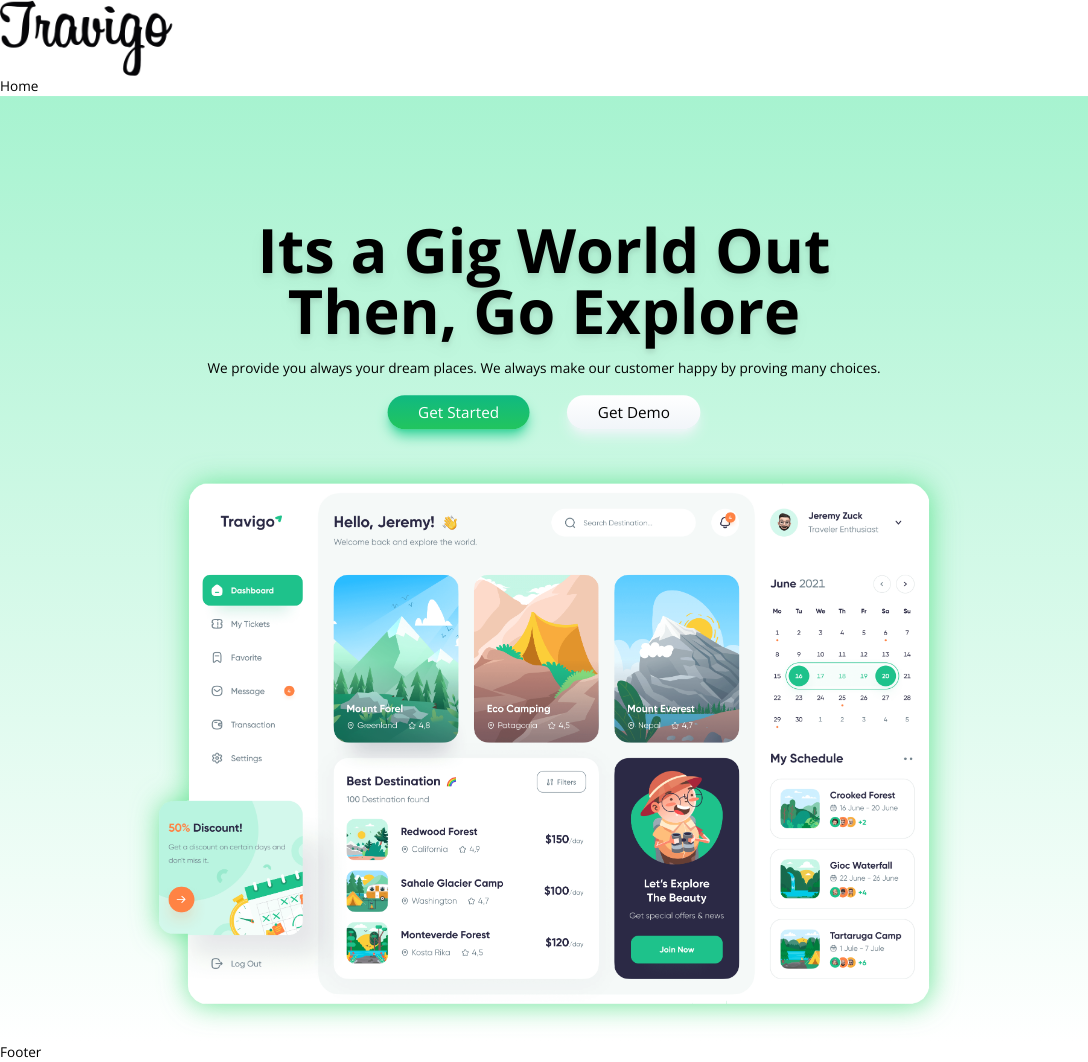
Repository: ThiAlbani83/travigo-travel-app
Page: /
An editor plug-in stored every save of this project. The page is shown before and after the next save, followed by the edit.
The browser window is 1280 px wide. The pictures show the whole page, at 85% of full size.
The project was rebuilt for these pictures with package versions that can differ from the ones it lists, and the page was loaded fresh each time. Also part of the build but not shown: vite.config.js.

Above is the page before, as saved 2023-03-20 23:20:49.

### src/main.jsx
import React from 'react'
import ReactDOM from 'react-dom/client'
import App from './App'
import './index.css'
import { BrowserRouter } from 'react-router-dom'

ReactDOM.createRoot(document.getElementById('root')).render(
  <React.StrictMode>
    <BrowserRouter>
      <App />
    </BrowserRouter>

  </React.StrictMode>,
)

### src/App.jsx
import React from 'react'
import { Navbar, Hero, Footer } from './components'
import { hero } from './data/travigodata'

const App = () => {
  return (
    <>
      <Navbar />
      <Hero hero={hero}/>
      <Footer />
    </>
  )
}

export default App

### src/index.css
@import url('https://fonts.googleapis.com/css2?family=Open+Sans:wght@300;400;500;600;700;800&display=swap');

@tailwind base;
@tailwind components;
@tailwind utilities;

@layer base {
    *{
        margin: 0;
        padding: 0;
        font-family: 'Open Sans', sans-serif;
    }


    .travigo-container {
        @apply w-[85vw] xl:w-[95vw] m-auto
    }


    .button-emerald {
        @apply bg-gradient-to-b from-emerald-500 to-green-500 shadow-lg shadow-emerald-400 rounded-full
        text-lg sm:text-sm px-9 py-1.5 transition-all duration-200 active:scale-90 text-white sm:w-48
    }

    .button-light {
        @apply bg-gradient-to-b from-white to-slate-100 shadow-lg shadow-slate-100 rounded-full
        text-lg sm:text-sm px-9 py-1.5 transition-all duration-200 active:scale-90 text-black sm:w-48
    }

    .drop-shadow-emerald{
        filter: drop-shadow(0.1rem 0.1rem 1rem rgba(74 222 128 / 80%));
    }

}

### src/components/index.js
export { default as Navbar } from "./Navbar.jsx";
export { default as Hero } from "./Hero.jsx";
export { default as Footer } from "./Footer.jsx";

### src/data/travigodata.js
import dashboard from "../images/dashboard.png";
import memoryimg from "../images/memory.png";

import brand1 from "../images/brand1.png";
import brand2 from "../images/brand2.png";
import brand3 from "../images/brand3.png";
import brand4 from "../images/brand4.png";
import brand5 from "../images/brand5.png";

import place1 from "../images/img1.webp";
import place2 from "../images/img2.webp";
import place3 from "../images/img3.webp";
import place4 from "../images/img4.webp";
import place5 from "../images/img5.jpg";
import place6 from "../images/img6.webp";
import place7 from "../images/img7.webp";
import place8 from "../images/img8.webp";
import place9 from "../images/img9.webp";
import place10 from "../images/img10.webp";

import standardicon from "../images/standardicon.png";
import preminumicon from "../images/preminum.png";
import checkbox from "../images/checkbox.svg";
import uncheckbox from "../images/uncheckbox.svg";

import facebook from '../images/facebook.svg';
import instagram from '../images/instagram.svg';
import twitter from '../images/twitter.svg';
import youtube from '../images/youtube.svg';

import banner from '../images/banner.webp';

export const brands = [
  { iconSrc: brand1 },
  { iconSrc: brand2 },
  { iconSrc: brand3 },
  { iconSrc: brand4 },
  { iconSrc: brand5 },
];

export const navlinks = [
  { link: "Home", id: "home" },
  { link: "About", id: "about" },
  { link: "Explore", id: "explore" },
  { link: "Pricing", id: "pricing" },
  { link: "Contact", id: "contact" },
];

export const hero = {
  "title": "Its a Gig World Out",
  "subtitle": "Then, Go Explore",
  "text": "We provide you always your dream places. We always make our customer happy by proving many choices.",
  "btn1": "Get Started",
  "btn2": "Get Demo",
  "img": dashboard,
};

export const memory = {
  "title": "Sweet Memories",
  "subtitle": "Come To Life Again",
  "text": "What we have always taken care for 10 years is always prioritizing the comfort of our users. So, do not our quality.",
  "img": memoryimg,
  "experience": [
    { "number": "10", "title": "Year Experience" },
    { "number": "400", "title": "Year Collaboration" },
    { "number": "30k+", "title": "Happy Customer" },
  ],
};

export const placesAPI = [
  { "placeImg": place1, "location": "Lahore", "distance": "3.0 hour dirve" },
  { "placeImg": place2, "location": "Faisalabad", "distance": "2.5 hour dirve" },
  { "placeImg": place3, "location": "Multan", "distance": "4.7 hour drive" },
  { "placeImg": place4, "location": "Rawalpindi", "distance": "4 hour drive" },
  { "placeImg": place5, "location": "Islamabad", "distance": "4.9 hour drive" },
  { "placeImg": place6, "location": "Muree", "distance": "4.5 hour drive" },
  { "placeImg": place7, "location": "Nathia Gali", "distance": "5.5 hour drive" },
  { "placeImg": place8, "location": "Ayubia Gali", "distance": "5.1 hour drive" },
  { "placeImg": place9, "location": "Bhurban", "distance": "5.1 hour drive" },
  { "placeImg": place10, "location": "Gilgit", "distance": "5.1 hour drive" },
];

export const pricingapi = {
  "title": "Choose The Plan That Suits You",
  "text": "Many attractive offers by becomming a premium member",
  "btn1": "Monthly",
  "btn2": "Yearly",
  "plans": [
    {
      "planicon": standardicon,
      "title": "Standard Membership",
      "text": "Suitable for all users",
      "plantype": "Free / Year",
      "plancontent": [
        { "iconbox": checkbox, "text": "Find Popular Destination" },
        { "iconbox": checkbox, "text": "Priority Booking Schedule" },
        { "iconbox": checkbox, "text": "Daily Destination News" },
        { "iconbox": uncheckbox, "text": "Invite Friends Feature" },
        { "iconbox": uncheckbox, "text": "Limited Travel Stats" },
        { "iconbox": uncheckbox, "text": "Invite Friends Feature" },
        { "iconbox": uncheckbox, "text": "No Ads & Tax" },
      ],
      "buttonText": "Get Free",
    },
    {
      "planicon": preminumicon,
      "title": "Preminum Membership",
      "text": "Suitable for enthusiast travelers",
      "plantype": "$60 / Year",
      "plancontent": [
        { "iconbox": checkbox, "text": "Find Popular Destination" },
        { "iconbox": checkbox, "text": "Priority Booking Schedule" },
        { "iconbox": checkbox, "text": "Daily Destination News" },
        { "iconbox": checkbox, "text": "Invite Friends Feature" },
        { "iconbox": checkbox, "text": "Advanced Travel Stats" },
        { "iconbox": checkbox, "text": "Invite Friends Feature" },
        { "iconbox": checkbox, "text": "No Ads & Tax" },
      ],
      "buttonText": "Get Started",
    },
  ],
};

export const bannerAPI = {
  "title": "The Greet Outdoors",
  "text": "Whislist Curated By Travigo.",
  "imgSrc": banner,
  "btnText": "Explore More"
}

export const footerAPI = {
  "titles": [ {"title": "About"},{"title": "Company"},{"title": "Support"} ],
  "links": [
    [
      {"link": "About US"},
      {"link": "Features"},
      {"link": "News"},
      {"link": "Menu"},
    ],
    [
      {"link": "Why Travigo?"},
      {"link": "Partner with Us"},
      {"link": "FAQ"},
      {"link": "Blog"},
    ],
    [
      {"link": "Account"},
      {"link": "Support Center"},
      {"link": "Feedback"},
      {"link": "Contact Us"},
      {"link": "Accesbility"},
    ],
  ],
  "sociallinks": [
    {"icon": facebook},{"icon": instagram},{"icon": twitter},{"icon": youtube},
  ]
};

### src/components/Navbar.jsx
import React from 'react'
import { NavLink } from 'react-router-dom'
import logo from '../images/logo.png'

const Navbar = () => {
  return (
    <>
      <header>
        <nav>
          <NavLink to={'/'} className='' >
            <img src={logo} alt="logo/img" className='' />
          </NavLink>
          <ul>
            <li><NavLink to={'#'}>Home</NavLink></li>
          </ul>
        </nav>
      </header>
    </>
  )
}

export default Navbar

### src/components/Hero.jsx
import React from 'react'

const Hero = ({hero: {title, subtitle, btn1, btn2, text, img}}) => {
  return (
    <>
      <div className='flex flex-col bg-gradient-to-b from-emerald-200 to-white h-auto w-auto'>
        <div className='travigo-container grid items-start justify-items-center'>
          <div className='grid items-center justify-items-center mt-36 mb-16 md:mt-28 md:mb-12'>
            <h1 className='text-7xl font-bold lg:text-6xl md:text-5xl sm:text4xl xsm:text-3xl text-black filter drop-shadow-lg'>{title}</h1>
            <h1 className='text-7xl font-bold lg:text-6xl md:text-5xl sm:text4xl xsm:text-3xl text-black filter drop-shadow-lg'>{subtitle}</h1>
            <p className='text-base my-5 text-center sm:text-sm'>{text}</p>
            <div className='flex items-center justify-center gap-11 sm:gap-3 sm:flex-col sm:w-full'>
              <button type='button' className='button-emerald'>{btn1}</button>
              <button type='button' className='button-light'>{btn2}</button>
            </div>
          </div>
          <div className='flex items-center justify-center mb-11'>
            <img src={img} alt="dashboard/img" className='h-[85vh] w-full object-fill lg:h-[75vh] md:h-[57vh] sm:h-[35vh]
            sm:object-contain drop-shadow-emerald'/>
          </div>
        </div>
      </div>
    </>
  )
}

export default Hero

### tailwind.config.cjs
/** @type {import('tailwindcss').Config} */
module.exports = {
  content: [
    "./index.html",
    "./src/**/*.{js,ts,jsx,tsx}",
  ],
  theme: {
    extend: {},
    screens: {
      'xl': {'max':'1200px'},
      'lg': {'max':'991px'},
      'md': {'max':'767px'},
      'sm': {'max':'550px'},
      'xsm': {'max':'425px'},

    }
  },
  plugins: [],
}

Loaded but not shown: index.html (common file); src/components/Footer.jsx (common file)

After the next save:
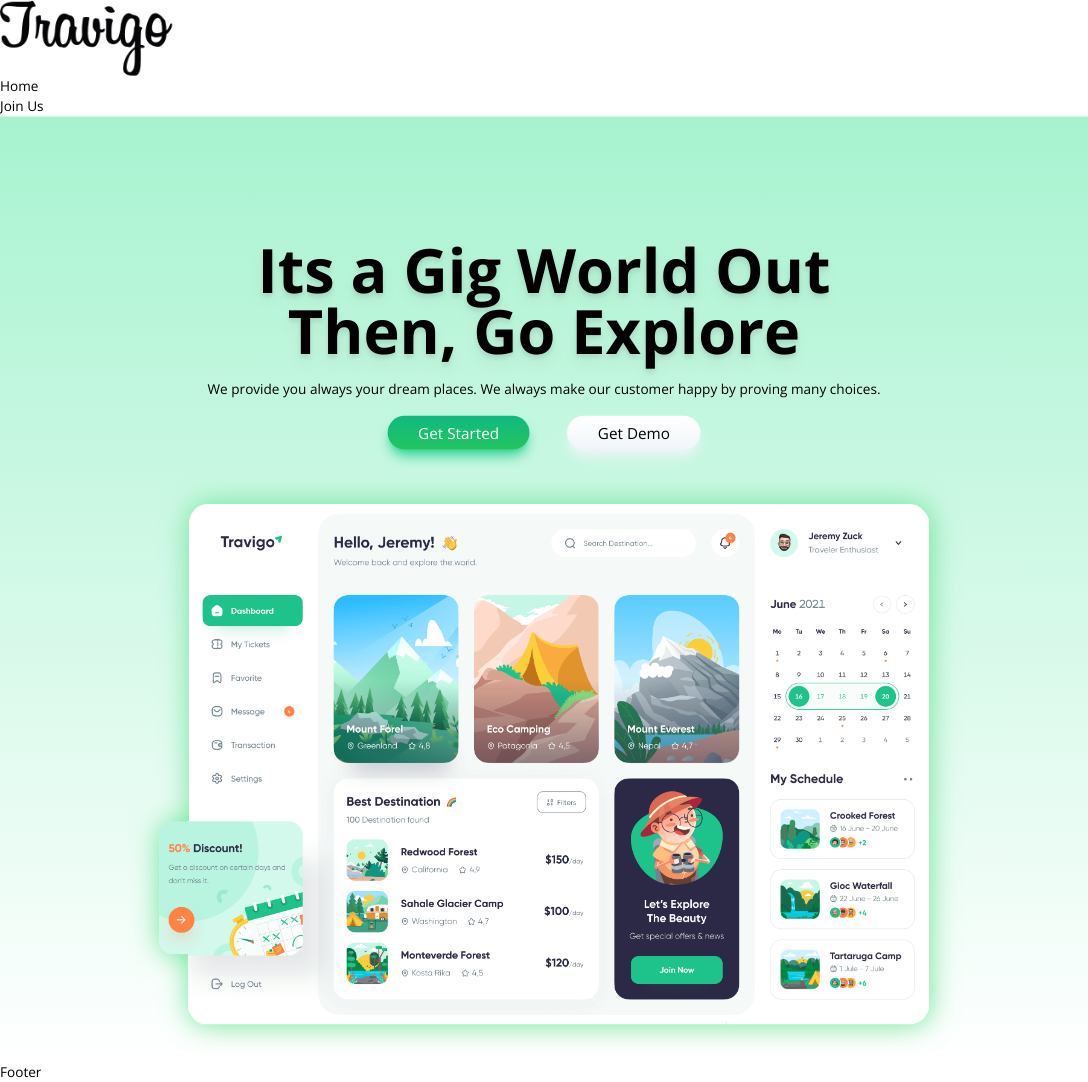
Saved 2 min 18 s later.
--- a/src/components/Navbar.jsx
+++ b/src/components/Navbar.jsx
@@ -11,7 +11,10 @@
             <img src={logo} alt="logo/img" className='' />
           </NavLink>
           <ul>
-            <li><NavLink to={'#'}>Home</NavLink></li>
+            <li><NavLink to={'#'} className=''>Home</NavLink></li>
+          </ul>
+          <ul>
+            <li><button type='button'>Join Us</button></li>
           </ul>
         </nav>
       </header>
